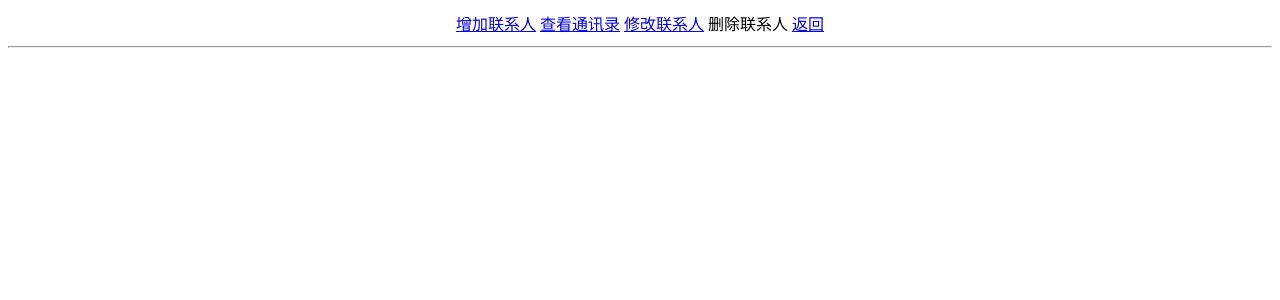
Repository: zy840055899/old-workspace
Page: http://localhost/PIMS/friendManager/deleteFriend.jsp
An editor plug-in stored every save of this project. The page is shown before and after the next save, followed by the edit.
The browser window is 1280 px wide. The pictures show the whole page.
The page is served by Tomcat 9.

Above is the page before, as saved 2014-03-16 10:21:29.

After the next save:
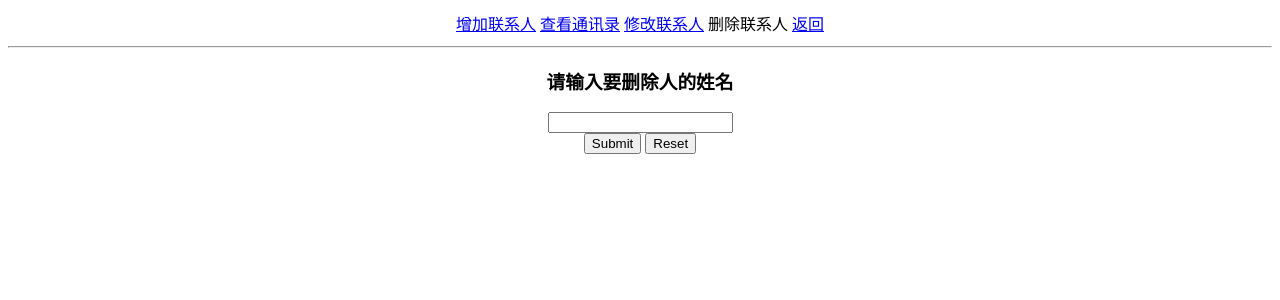
Saved 2 min 38 s later.
--- a/PIMS/WebContent/friendManager/deleteFriend.jsp
+++ b/PIMS/WebContent/friendManager/deleteFriend.jsp
@@ -22,6 +22,47 @@
 
 </table><hr>
 
+<form action="http://localhost:8080/PIMS/DeleteFriendServlet">
+
+<h3>请输入要删除人的姓名</h3>
+
+<input type="text" name="name"><br>
+<input type="submit" name="提交">
+<input type="reset" name="重置">
+
+
+
+
+
+
+
+
+
+
+
+
+
+
+</form>
+
+
+
+
+
+
+
+
+
+
+
+
+
+
+
+
+
+
+
 </center>
 
 
